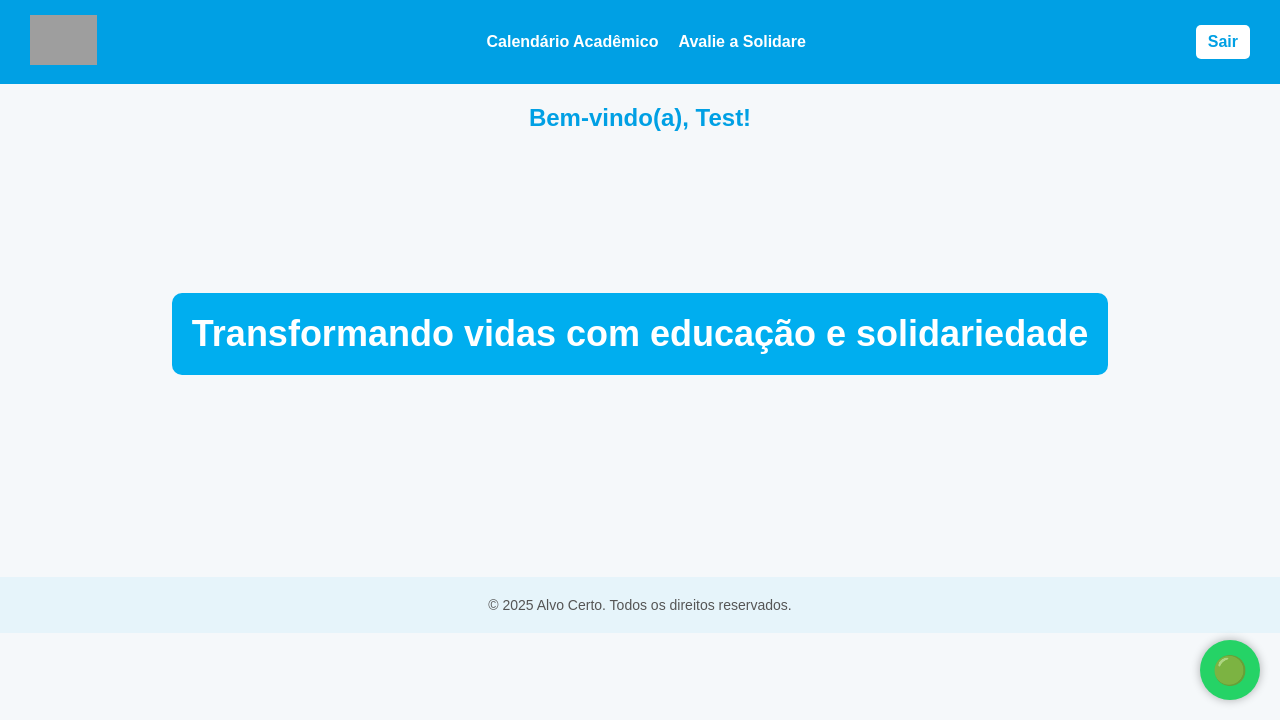
Repository: Guilherme-burle/Portal-do-Aluno-P2
Page: http://localhost/
The author's editor kept a copy of each file at every save. The page is drawn from the files as they stood at one save, then again after a run of saves.
The browser window is 1280 px wide. The pictures show the whole page.
Pictures or frames that could not be fetched are drawn as grey boxes. The page is served by the project's application, run on Django 5.2 (PortaldoAluno/manage.py). A made-up administrator, testuser (Test User, test@example.com), is signed in. Other server files are loaded and not shown.

Above is the page before, as saved 2025-05-16 16:59:36.

### PortaldoAluno/Aplicativo/templates/home.html
<!DOCTYPE html>
<html lang="pt-BR">
<head>
  <meta charset="UTF-8">
  <title>Home - Alvo Certo</title>
  <style>
    * {
      box-sizing: border-box;
    }

    body {
      margin: 0;
      font-family: Arial, sans-serif;
      background-color: #f5f8fa;
    }

    header {
      background-color: #00a0e4;
      padding: 15px 30px;
      display: flex;
      align-items: center;
      justify-content: space-between;
      position: sticky;
      top: 0;
      z-index: 1000;
      flex-wrap: wrap;
    }

    .logo img {
      height: 50px;
    }

    nav ul {
      list-style: none;
      margin: 0;
      padding: 0;
      display: flex;
      gap: 20px;
    }

    nav ul li a {
      color: white;
      text-decoration: none;
      font-weight: bold;
      transition: color 0.3s ease;
    }

    nav ul li a:hover {
      color: #ccefff;
    }

    .auth-buttons {
      display: flex;
      gap: 10px;
    }

    .auth-buttons a {
      background-color: white;
      color: #00a0e4;
      padding: 8px 12px;
      border-radius: 5px;
      text-decoration: none;
      font-weight: bold;
    }

    .auth-buttons a:hover {
      background-color: #e6f4fa;
    }

    .banner {
      background-size: cover;
      background-position: center;
      height: 365px;
      display: flex;
      align-items: center;
      justify-content: center;
      color: white;
      text-align: center;
      animation: zoomIn 20s infinite alternate ease-in-out;
    }

    @keyframes zoomIn {
      from {
        background-size: 100%;
      }
      to {
        background-size: 110%;
      }
    }

    .banner h1 {
      background-color: rgb(0, 174, 239);
      padding: 20px;
      border-radius: 10px;
      font-size: 36px;
    }

    .whatsapp-float {
      position: fixed;
      bottom: 20px;
      right: 20px;
      background-color: #25d366;
      color: white;
      border-radius: 50%;
      width: 60px;
      height: 60px;
      display: flex;
      align-items: center;
      justify-content: center;
      font-size: 28px;
      box-shadow: 0 0 10px rgba(0,0,0,0.3);
      z-index: 999;
      text-decoration: none;
    }

    footer {
      background-color: #e6f4fa;
      text-align: center;
      padding: 20px;
      margin-top: 60px;
      font-size: 14px;
      color: #555;
    }

    @media (max-width: 768px) {
      nav ul {
        flex-wrap: wrap;
        gap: 10px;
        margin-top: 10px;
      }

      .auth-buttons {
        margin-top: 10px;
      }

      .banner h1 {
        font-size: 24px;
        padding: 10px;
      }
    }
  </style>
</head>
<body>

  <header>
    <div class="logo">
      <img src="https://i.imgur.com/7H8lMIL.png" alt="Logo Alvo Certo">
    </div>

    <nav>
      <ul>
        {% if user.is_authenticated %}
        <li><a href="{% url 'calendario' %}">Calendário Acadêmico</a></li>
        <li><a href="{% url 'avaliacao' %}">Avalie a Solidare</a></li>
        {% endif %}
      </ul>
    </nav>

    <div class="auth-buttons">
      {% if user.is_authenticated %}
        <a href="{% url 'logout' %}">Sair</a>
      {% else %}
        <a href="{% url 'login' %}">Login</a>
        <a href="{% url 'cadastro' %}">Cadastro</a>
      {% endif %}
    </div>
  </header>

  {% if user.is_authenticated %}
  <h2 style="text-align: center; color: #00a0e4; margin-top: 20px;">
    Bem-vindo(a), {{ user.first_name|default:"usuário" }}!
  </h2>
  {% endif %}

  <section class="banner">
    <h1>Transformando vidas com educação e solidariedade</h1>
  </section>

  <a class="whatsapp-float" href="https://wa.me/5581932514480" target="_blank" title="Fale conosco no WhatsApp">
    🟢
  </a>

  <footer>
    © 2025 Alvo Certo. Todos os direitos reservados.
  </footer>

</body>
</html>

### PortaldoAluno/Aplicativo/decorators.py
from django.shortcuts import redirect

def login_required(view_func):
    def wrapper(request, *args, **kwargs):
        if not request.user.is_authenticated:
            return redirect('login')
        return view_func(request, *args, **kwargs)
    return wrapper

### PortaldoAluno/Aplicativo/views.py
from django.contrib.auth import logout
from django.contrib.auth.models import User
from django.shortcuts import render, redirect, get_object_or_404
from django.contrib.auth import authenticate, login as auth_login
from .models import Aluno, Avaliacao, EventoCalendario
from django.contrib import messages
from django.urls import reverse
from .decorators import login_required
from django.contrib.auth.hashers import make_password
from datetime import datetime
from datetime import date

@login_required
def home(request):
    return render(request, 'home.html')

@login_required
def home_adm(request):
    alunos = Aluno.objects.all()
    return render(request, 'homeadm.html', {'alunos': alunos})

def cadastro(request):
    if request.method == 'POST':
        nome = request.POST.get('nome')
        email = request.POST.get('email')
        senha = request.POST.get('senha')
        is_admin = request.POST.get('is_admin') == 'on'

        print(f"Nome: {nome}")
        print(f"E-mail: {email}")
        print(f"Senha: {senha}")
        print(f"Administrador: {is_admin}")

        if User.objects.filter(email=email).exists():
            return render(request, 'cadastro.html', {'mensagem': 'E-mail já está em uso.'})

        try:
            user = User.objects.create_user(
                username=email,
                email=email,
                password=senha,
                first_name=nome,
                is_superuser=is_admin,
                is_staff=is_admin
            )
            user.save()

            print(f"Usuário {user.username} cadastrado com sucesso!")

            return redirect('login')

        except Exception as e:
            print(f"Erro ao criar o usuário: {e}")
            return render(request, 'cadastro.html', {
                'mensagem': 'Erro ao cadastrar o usuário. Tente novamente.',
                'tipo_mensagem': 'error'
            })

    return render(request, 'cadastro.html')

def login(request):
    if request.method == 'POST':
        username = request.POST.get('username')
        password = request.POST.get('password')

        print(f"Username: {username}, Password: {password}")
        user = authenticate(request, username=username, password=password)

        if user:
            print("Usuário autenticado!")
            auth_login(request, user)
            return redirect('homeadm') if user.is_staff else redirect('home')
        else:
            print("Dados inválidos")
            return render(request, 'login.html', {'erro': 'Dados inválidos'})

    return render(request, 'login.html')

@login_required
def logout_view(request):
    logout(request)
    return redirect('home')

@login_required
def add_aluno(request):
    if request.method == 'POST':
        nome = request.POST.get('nome')
        data_nascimento = request.POST.get('data_nascimento')
        escolaridade = request.POST.get('escolaridade')
        turno = request.POST.get('turno')
        escola = request.POST.get('escola')
        endereco = request.POST.get('endereco')
        bairro = request.POST.get('bairro')
        telefone = request.POST.get('telefone')
        curso = request.POST.get('curso')

        if not all([nome, data_nascimento, escolaridade, turno, escola, endereco, bairro, telefone, curso]):
            return render(request, 'add.html', {'erro': 'Todos os campos são obrigatórios'})

        aluno = Aluno.objects.create(
            nome=nome,
            data_nascimento=data_nascimento,
            escolaridade=escolaridade,
            turno=turno,
            escola=escola,
            endereco=endereco,
            bairro=bairro,
            telefone=telefone,
            curso=curso,
        )

        aluno.save()

        messages.success(request, 'Aluno cadastrado com sucesso!')
        return render(request, 'add.html')

    return render(request, 'add.html')

@login_required
def ver(request):
    alunos = Aluno.objects.all()

    return render(request, 'ver.html', {'alunos': alunos})

@login_required
def deletar_alunos(request, aluno_id):
    aluno = get_object_or_404(Aluno, id=aluno_id)
    aluno.delete()
    return redirect(request.META.get('HTTP_REFERER', 'ver'))

@login_required
def editar_alunos(request, aluno_id):
    aluno = get_object_or_404(Aluno, id=aluno_id)

    if request.method == 'POST':
        nome = request.POST.get('nome')
        data_nascimento = request.POST.get('data_nascimento')
        escolaridade = request.POST.get('escolaridade')
        turno = request.POST.get('turno')
        escola = request.POST.get('escola')
        endereco = request.POST.get('endereco')
        bairro = request.POST.get('bairro')
        telefone = request.POST.get('telefone')
        curso = request.POST.get('curso')

        alterado = (
            nome != aluno.nome or
            data_nascimento != str(aluno.data_nascimento) or
            escolaridade != aluno.escolaridade or
            turno != aluno.turno or
            escola != aluno.escola or
            endereco != aluno.endereco or
            bairro != aluno.bairro or
            telefone != aluno.telefone or
            curso != aluno.curso
        )

        if alterado:
            aluno.nome = nome
            aluno.data_nascimento = data_nascimento
            aluno.escolaridade = escolaridade
            aluno.turno = turno
            aluno.escola = escola
            aluno.endereco = endereco
            aluno.bairro = bairro
            aluno.telefone = telefone
            aluno.curso = curso
            aluno.save()
            messages.success(request, 'Informações atualizadas com sucesso!')
        else:
            messages.error(request, 'Você precisa alterar alguma informação.')

    return render(request, 'editar.html', {'aluno': aluno})

@login_required
def avaliar_solidare(request):
    if request.method == 'POST':
        pergunta_1 = request.POST.get('pergunta_1')
        pergunta_2 = request.POST.get('pergunta_2')
        pergunta_3 = request.POST.get('pergunta_3')
        sugestao = request.POST.get('sugestao', '')

        if not all([pergunta_1, pergunta_2, pergunta_3]):
            messages.error(request, 'Responda todos os campos.')
            return render(request, 'avaliacao.html')

        Avaliacao.objects.create(
            pergunta_1=pergunta_1,
            pergunta_2=pergunta_2,
            pergunta_3=pergunta_3,
            sugestao=sugestao
        )
        messages.success(request, 'Avaliação enviada com sucesso!')

    return render(request, 'avaliacao.html')

@login_required
def calendario(request):
    hoje = date.today()
    eventos = EventoCalendario.objects.filter(user=request.user).order_by('data')
    meses = ["Janeiro", "Fevereiro", "Março", "Abril", "Maio", "Junho", "Julho", "Agosto", "Setembro", "Outubro", "Novembro", "Dezembro"]
    dias_semana = ["Dom", "Seg", "Ter", "Qua", "Qui", "Sex", "Sab"]
    contexto = {
        'meses': meses,
        'dias_semana': dias_semana,
        'eventos': eventos,
        'ano_atual': hoje.year,
        'mes_atual': hoje.month - 1
    }
    return render(request, 'calendario.html', contexto)

@login_required
def add_eventos(request):
    data = request.GET.get('data')

    if request.method == 'POST':
        nome = request.POST.get('nome')
        descricao = request.POST.get('descricao')


        if nome and data:
            EventoCalendario.objects.create(nome=nome, data=data, descricao=descricao, user=request.user)
            from django.contrib import messages
            messages.success(request, "Evento adicionado com sucesso!")
            return redirect('calendario')
        else:
            return render(request, 'add_eventos.html', {'erro': 'Dados incompletos.', 'data': data})

    if not data:
        return render(request, 'erro.html', {'mensagem': 'Data não informada.'})

    return render(request, 'add_eventos.html', {'data': data})

### PortaldoAluno/projeto/urls.py
"""
URL configuration for portal project.

The `urlpatterns` list routes URLs to views. For more information please see:
    https://docs.djangoproject.com/en/5.2/topics/http/urls/
Examples:
Function views
    1. Add an import:  from my_app import views
    2. Add a URL to urlpatterns:  path('', views.home, name='home')
Class-based views
    1. Add an import:  from other_app.views import Home
    2. Add a URL to urlpatterns:  path('', Home.as_view(), name='home')
Including another URLconf
    1. Import the include() function: from django.urls import include, path
    2. Add a URL to urlpatterns:  path('blog/', include('blog.urls'))
"""
from django.contrib import admin
from django.urls import path, include

urlpatterns = [
    path('admin/', admin.site.urls),
    path('', include('Aplicativo.urls')),
]

### PortaldoAluno/Aplicativo/urls.py
from django.urls import path
from . import views

urlpatterns = [
    path('', views.home, name='home'),
    path('login/', views.login, name='login'),
    path('logout/', views.logout_view, name='logout'),
    path('cadastro/', views.cadastro, name='cadastro'),
    path('add/', views.add_aluno, name='add'),
    path('homeadm/', views.home_adm, name='homeadm'),
    path('ver/', views.ver, name='ver'),
    path('ver/<int:aluno_id>/deletar', views.deletar_alunos, name='deletar'),
    path('ver/<int:aluno_id>/editar', views.editar_alunos, name='editar'),
    path('avaliacao/', views.avaliar_solidare, name='avaliacao'),
    path('calendario/', views.calendario, name='calendario'),
    path('add_eventos/', views.add_eventos, name='add_eventos'),
]

After the next 3 saves:
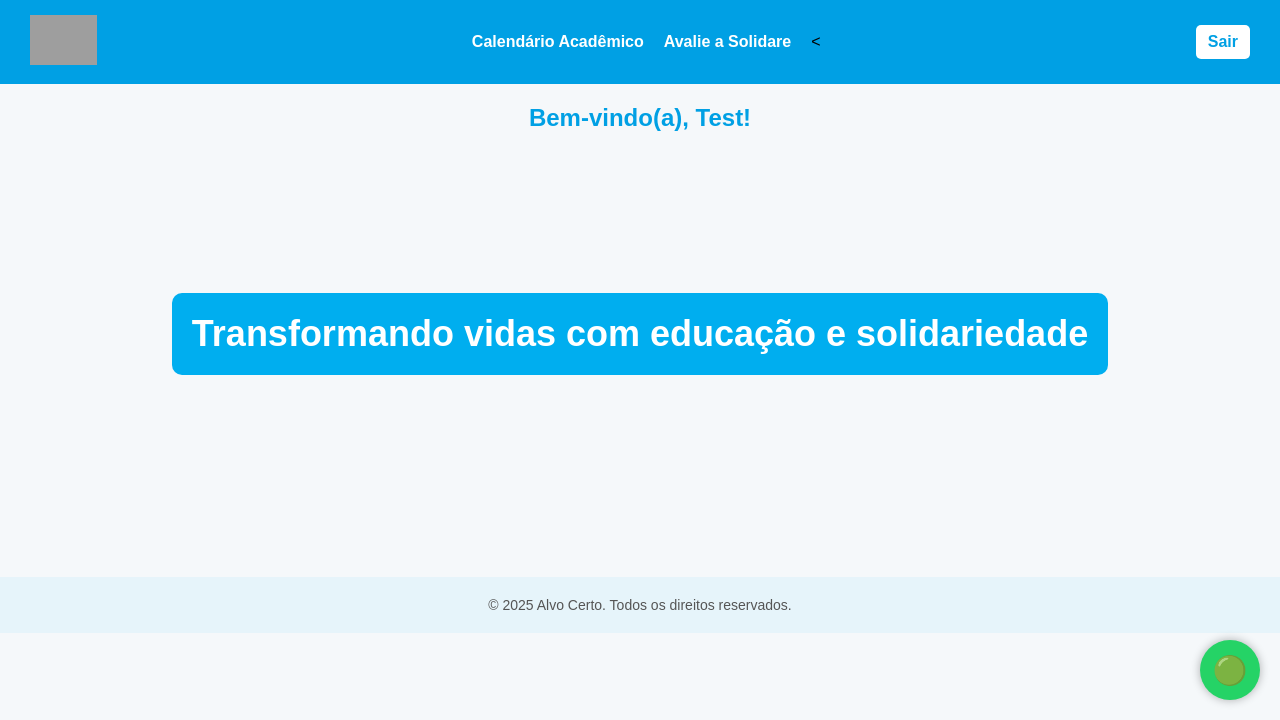
The 3 saves are shown as one change because they came seconds apart.
The last was saved 105 s later.
--- a/PortaldoAluno/Aplicativo/templates/home.html
+++ b/PortaldoAluno/Aplicativo/templates/home.html
@@ -152,6 +152,7 @@
         {% if user.is_authenticated %}
         <li><a href="{% url 'calendario' %}">Calendário Acadêmico</a></li>
         <li><a href="{% url 'avaliacao' %}">Avalie a Solidare</a></li>
+        <li><
         {% endif %}
       </ul>
     </nav>
